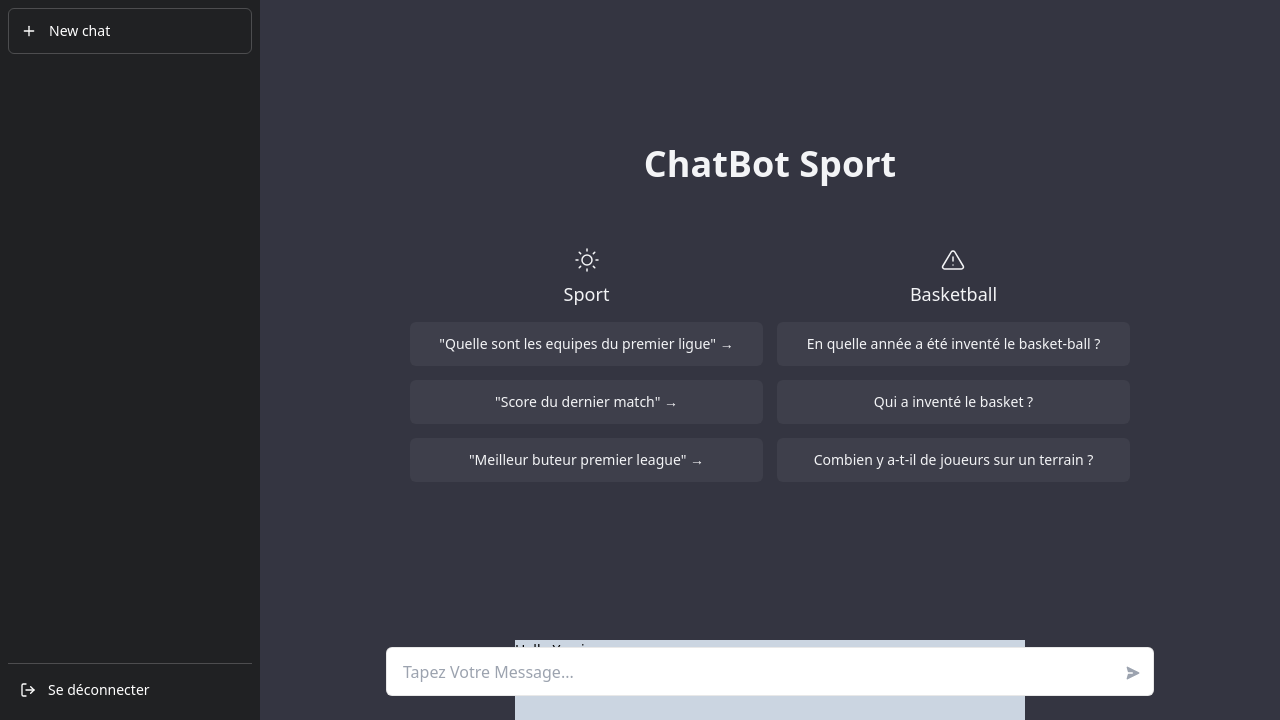
Repository: HaithemBenSlama/chatbot-front
Page: /, after clicking the first element matching `button.sc-gsFSXq`
An editor plug-in stored every save of this project. The page is shown before and after the next save, followed by the edit.
The browser window is 1280 px wide. The pictures show the whole page.
The project was rebuilt for these pictures with package versions that can differ from the ones it lists, and the page was loaded fresh each time. Also part of the build but not shown: src/constants/svg/lightningChargeIcon.js, src/constants/svg/externalLinkIcon.js, src/constants/svg/discordIcon.js, src/constants/svg/menuIcon.js, src/Components/Login/form-input.css.

Above is the page before, as saved 2023-05-01 22:11:35.

### src/App.js
import React from 'react'
import { LeftSection, RightSection } from './Components/main'
import { useState } from "react"
import Login from './Components/Login/Login';

const App = () => {
  const [isLoggedIn, setIsLoggedIn] = useState(false);
  return (
    <div>
      {isLoggedIn ? (
        <>
        <LeftSection setIsLoggedIn={setIsLoggedIn}/>
        <RightSection/>
        </>
      ) : (
        <Login setIsLoggedIn={setIsLoggedIn}/>
      )}
    </div>
  )
      }
export default App

### src/Components/main/index.js
import LeftSection from "./LeftSection";
import RightSection from "./RightSection";
import Footer from "./Footer";

export {RightSection, LeftSection, Footer}

### src/Components/Login/Login.jsx
import React from "react";
import "./login.css";
import * as Components from './Components';
import   { useState } from 'react';
import { useCookies } from "react-cookie";
import FormInput from "./FormInput";

const Login = ({setIsLoggedIn}) => {
    const [token,setToken]=useCookies(["user-token"]);
    const [signIn, toggle] = React.useState(true);
    const [data, setData] = useState();

    const [values, setValues] = useState({
        username: "",
        password: "",
    });
    const onChange = (e) => {
            setValues({ ...values, [e.target.name]: e.target.value });
    };

    const [valuesCreate, setValuesCreate] = useState({
        username: "",
        city: "",
        email: "",
        password: "",
    });
    const onChangeCreate = (e) => {
        setValuesCreate({ ...valuesCreate, [e.target.name]: e.target.value });
    };
    const handleSubmit = (e) => {
        e.preventDefault();
    };

    const inputs = [
        {
        id: 1,
        name: "username",
        type: "text",
        placeholder: "Username",
        errorMessage:
            "Username should be 3-16 characters and shouldn't include any special character!",
        label: "Username",
        pattern: "^[A-Za-z0-9]{3,16}$",
        required: true,
        },
        {
        id: 2,
        name: "password",
        type: "password",
        placeholder: "Password",
        errorMessage:
            "Password should be 8-20 characters and include at least 1 letter and 1 number!",
        label: "Password",
        pattern: `^(?=.*[0-9])(?=.*[a-zA-Z])[a-zA-Z0-9!@#$%^&*]{8,20}$`,
        required: true,
        },
    ];

    const inputsCreate = [
        {
        id: 1,
        name: "username",
        type: "text",
        placeholder: "Username",
        errorMessage:
            "Username should be 3-16 characters and shouldn't include any special character!",
        label: "Username",
        pattern: "^[A-Za-z0-9]{3,16}$",
        required: true,
        },
        {
            id: 2,
            name: "city",
            type: "text",
            placeholder: "City",
            errorMessage:
                "City name should be 3-16 characters and shouldn't include any special character!",
            label: "City",
            pattern: "^[A-Za-z]{3,16}$",
            required: true,
            },
        {
        id: 3,
        name: "email",
        type: "email",
        placeholder: "Email",
        errorMessage: "It should be a valid email address!",
        label: "Email",
        required: true,
        },
        {
        id: 4,
        name: "password",
        type: "password",
        placeholder: "Password",
        errorMessage:
            "Password should be 8-20 characters and include at least 1 letter and 1 number!",
        label: "Password",
        pattern: `^(?=.*[0-9])(?=.*[a-zA-Z])[a-zA-Z0-9!@#$%^&*]{8,20}$`,
        required: true,
        },
    ];

    const submitLog = async (e) => {
        e.preventDefault()
        const user = {
            username: values.username,
            password: values.password
        };
        const response=await fetch('http://127.0.0.1:8000/user/verif_user_login/', {
            method: 'POST',
            headers: {
                'accept': '*/*',
                'Content-Type':'multipart/form-data; boundary=--------------------------499310528544182401120976',
            },
            body:JSON.stringify(user)
        })
        const responseJson=await response.json();
        setToken("user-token",responseJson.usertoken);
    };

    const submitCreate = async (e) => {

        e.preventDefault()
        const user = {
            username: valuesCreate.username,
            city: valuesCreate.city,
            email: valuesCreate.email,
            password: valuesCreate.password
        };
        const response=await fetch('http://127.0.0.1:8000/user/verif_user/', {
            method: 'POST',
            headers: {
                'accept': '*/*',
                'Content-Type':'multipart/form-data; boundary=--------------------------499310528544182401120976',
            },
            body:JSON.stringify(user)
        })
        const responseJson=await response.json();
        setToken("user-token",responseJson.usertoken);
    };


        return(
            <div className="comp_body"><h1 className="logTitle">ChatBot</h1>
                <Components.Container>
                    <Components.SignUpContainer signinIn={signIn}>
                        <Components.Form  onSubmit={handleSubmit} >
                            <Components.Title>Create Account</Components.Title>
                            {inputsCreate.map((input) => (
                                <FormInput
                                    key={input.id}
                                    {...input}
                                    value={valuesCreate[input.name]}
                                    onChange={onChangeCreate}
                                />
                                ))}
                            <Components.Button onClick={submitCreate}>Sign Up</Components.Button>
                        </Components.Form>
                    </Components.SignUpContainer>

                    <Components.SignInContainer signinIn={signIn}>
                        <Components.Form >
                            <Components.Title>Log in</Components.Title>
                            {inputs.map((input) => (
                                <FormInput
                                    key={input.id}
                                    {...input}
                                    value={values[input.name]}
                                    onChange={onChange}
                                />
                                ))}
                            <Components.Anchor href='#'>Forgot your password?</Components.Anchor>
                            <Components.Button onClick={()=>{setIsLoggedIn(true)}} >Sign In</Components.Button>
                        </Components.Form>
                    </Components.SignInContainer>

                    <Components.OverlayContainer signinIn={signIn}>
                    <Components.Overlay signinIn={signIn}>

                    <Components.LeftOverlayPanel signinIn={signIn}>
                        <Components.Title>Welcome Back!</Components.Title>
                        <Components.Paragraph>
                            To keep connected with us please login with your personal info
                        </Components.Paragraph>
                        <Components.GhostButton onClick={() => toggle(true)}>
                            Sign In
                        </Components.GhostButton>
                        </Components.LeftOverlayPanel>

                        <Components.RightOverlayPanel signinIn={signIn}>
                            <Components.Title>Hello, Friend!</Components.Title>
                            <Components.Paragraph>
                                Enter Your personal details and start journey with us
                            </Components.Paragraph>
                                <Components.GhostButton onClick={() => toggle(false)}>
                                    Sigin Up
                                </Components.GhostButton>
                        </Components.RightOverlayPanel>

                    </Components.Overlay>
                </Components.OverlayContainer>

            </Components.Container>
        </div>
        )
}

export default Login;

### src/Components/main/LeftSection/index.js
import React from "react";
import { LogOutIcon,PlusIcon,} from "../../../constants";

const LeftSection = ({ show = false }) => {
  return (
    <div
      className={`${show && " flex flex-col"} ${
        !show && "hidden"
      } bg-black md:fixed md:inset-y-0 md:flex md:w-[260px] md:flex-col`}
    >
      <div className="flex h-full min-h-0 flex-col ">
        <div className="scrollbar-trigger flex h-full w-full flex-1 items-start border-white/20">
          <nav className="flex h-full flex-1 flex-col space-y-1 p-2">
            <a className="flex py-3 px-3 items-center gap-3 rounded-md hover:bg-gray-500/10 transition-colors duration-200 text-white cursor-pointer text-sm mb-2 flex-shrink-0 border border-white/20">
              <PlusIcon />
              New chat
            </a>
            <div className="flex-col flex-1 overflow-y-auto border-b border-white/20">
              <div className="flex flex-col gap-2 text-gray-100 text-sm">
                {/*  */}
              </div>
            </div>
              <a
                className="flex py-3 px-3 items-center gap-3 rounded-md hover:bg-gray-500/10 transition-colors duration-200 text-white cursor-pointer text-sm"
                href="/Login"
              >
                <LogOutIcon/>
                Se déconnecter
              </a>
          </nav>
        </div>
      </div>
    </div>
  );
};

export default LeftSection;

### src/Components/main/RightSection/index.js
import { CautionIcon, LightningChargeIcon, SunIcon } from "../../../constants";
import Footer from "../Footer";

const RightSection = () => {
  return (
    <div className="flex h-full flex-1 flex-col md:pl-[260px]">
      <main className="relative h-full w-full transition-width flex flex-col overflow-hidden items-stretch flex-1">
        <div className="flex-1 overflow-hidden">
          <div className="flex flex-col items-center text-sm h-full md:h-screen bg-lightBlack">
            <div className="text-gray-800 w-full md:max-w-2xl lg:max-w-3xl md:h-full md:flex md:flex-col px-6">
              <h1 className="text-4xl text-gray-100 font-semibold text-center mt-6 sm:mt-[20vh] ml-auto mr-auto mb-10 sm:mb-16">
                ChatBot Sport
              </h1>
              <div className="md:flex items-start text-center gap-3.5">
                {[
                  {
                    icon: <SunIcon />,
                    title: "Sport",
                    subTitle: [
                      `"Quelle sont les equipes du premier ligue" →`,
                      `"Score du dernier match" →`,
                      `"Meilleur buteur premier league" →`,
                    ],
                    hover: true,
                  },
                  {
                    icon: <CautionIcon />,
                    title: "Basketball",
                    subTitle: [
                      `En quelle année a été inventé le basket-ball ?`,
                      `Qui a inventé le basket ?`,
                      `Combien y a-t-il de joueurs sur un terrain ?`,
                    ],
                    hover: false,
                  },
                ].map((item, index) => (
                  <div
                    className="flex flex-col mb-8 md:mb-auto gap-3.5 flex-1"
                    key={index}
                  >
                    <h2 className="flex gap-3 text-gray-100 items-center m-auto text-lg font-normal md:flex-col md:gap-2">
                      {item.icon}
                      {item.title}
                    </h2>
                    <ul className="flex flex-col gap-3.5 w-full sm:max-w-md m-auto">
                      {item.subTitle.map((subTitle, subTitleIndex) => (
                        <button
                          className={`w-full bg-gray-50 text-gray-100 bg-white/5 p-3 rounded-md ${
                            item.hover
                              ? "hover:bg-gray-200 dark:hover:bg-gray-900 cursor-pointer"
                              : "cursor-text"
                          }`}
                          key={subTitleIndex}
                        >
                          {subTitle}
                        </button>
                      ))}
                    </ul>
                  </div>
                ))}
              </div>
            </div>
            <div className="w-1/2 h-20 flex-shrink-0 bg-slate-300 ">
              <p className="">Hello Yassine</p>
            </div>
          </div>
        </div>
        <Footer />
      </main>
    </div>
  );
};

export default RightSection;

### src/Components/main/Footer/index.js
import React from "react";
import { PlaneIcon, UserIcon } from "../../../constants";

const Footer = () => {
  return (
    <div className="absolute bottom-0 left-0 w-full border-t md:border-t-0 dark:border-white/20 md:border-transparent md:dark:border-transparent md:bg-vert-light-gradient bg-gray-800 md:!bg-transparent">
      <form className="mx-2 flex flex-row gap-3 pt-2 last:mb-2 md:last:mb-6 lg:mx-auto lg:max-w-3xl lg:pt-6">
        <div className="relative flex h-full flex-1 md:flex-col">
          <div className="ml-1 mt-1.5 md:w-full md:m-auto md:flex md:mb-2 gap-2 justify-center">
            <div className="text-gray-100 p-1 md:hidden">
              <UserIcon />
            </div>
          </div>
          {/* Input */}
          <div className="flex flex-col w-full py-2 pl-3 flex-grow md:py-3 md:pl-4 relative border border-black/10 bg-white dark:border-gray-900/50 dark:text-white rounded-md bg-[rgba(64,65,79,var(--tw-bg-opacity))]">
            <textarea
              tabIndex="0"
              data-id="root"
              rows="1"
              placeholder="Tapez Votre Message..."
              className="m-0 w-full resize-none border-0 bg-transparent p-0 pr-7 focus:ring-0 focus-visible:ring-0 dark:bg-transparent outline-none overflow-y-hidden h-[23px]"
            ></textarea>
            <button className="absolute p-1 rounded-md text-gray-400 bottom-1.5 right-1 md:bottom-2.5 md:right-2 hover:bg-black">
              <PlaneIcon />
            </button>
          </div>
        </div>
      </form>
    </div>
  );
};

export default Footer;

### src/Components/Login/login.css
* {
    box-sizing: border-box;
}

.comp_body {
    background: #f6f5f7;
    display: flex;
    justify-content: center;
    align-items: center;
    flex-direction: column;
    font-family: "Montserrat", sans-serif;
    height: 100vh;
    margin: -20px 0 50px;
}
.logTitle {
    font-size: 3rem;
    font-weight: 600;
    text-align: center;
    margin-bottom: 2rem;
    color: #038c7a;
    text-shadow: 2px 2px 0px #f2f2f2, -2px -2px 0px #f2f2f2, 2px -2px 0px #f2f2f2, -2px 2px 0px #f2f2f2;
    text-transform: uppercase;
    letter-spacing: 3px;
    line-height: 1;
    position: relative;
}
.logTitle:before{
    content: "";
    width: 100%;
    height: 1px;
    position: absolute;
    bottom: -0.5rem;
    left: 0;
    background-color: #5c5c5c;
}

### src/Components/Login/Components.js
import styled from 'styled-components';

export const Container = styled.div`
background-color: #fff;
border-radius: 10px;
box-shadow: 0 14px 28px rgba(0, 0, 0, 0.25), 0 10px 10px rgba(0, 0, 0, 0.22);
position: relative;
overflow: hidden;
width: 678px;
max-width: 100%;
min-height: 450px;
`;

export const SignUpContainer = styled.div`
position: absolute;
top: 0;
height: 100%;
transition: all 0.6s ease-in-out;
left: 0;
width: 50%;
opacity: 0;
z-index: 1;
${props => props.signinIn !== true ? `
    transform: translateX(100%);
    opacity: 1;
    z-index: 5;
`
: null}
`;


export const SignInContainer = styled.div`
position: absolute;
top: 0;
height: 100%;
transition: all 0.6s ease-in-out;
left: 0;
width: 50%;
z-index: 2;
${props => (props.signinIn !== true ? `transform: translateX(100%);` : null)}
`;

export const Form = styled.div`
background-color: #ffffff;
display: flex;
align-items: center;
justify-content: center;
flex-direction: column;
padding: 0 50px;
height: 100%;
text-align: center;
`;

export const Title = styled.h1`
font-weight: bold;
margin-bottom: 15px;
`;

export const Input = styled.input`
background-color: #eee;
border: none;
padding: 12px 15px;
margin: 8px 0;
width: 100%;
`;


export const Button = styled.button`
    border-radius: 20px;
    border: 1px solid #1775d2;
    background-color: #1775d2;
    color: #ffffff;
    font-size: 12px;
    font-weight: bold;
    padding: 12px 45px;
    letter-spacing: 1px;
    text-transform: uppercase;
    transition: transform 80ms ease-in;
    &:active{
        transform: scale(0.95);
    }
    &:focus {
        outline: none;
    }
`;
export const GhostButton = styled(Button)`
background-color: transparent;
border-color: #ffffff;
`;

export const Anchor = styled.a`
color: #333;
font-size: 14px;
text-decoration: none;
margin: 15px 0;
`;
export const OverlayContainer = styled.div`
position: absolute;
top: 0;
left: 50%;
width: 50%;
height: 100%;
overflow: hidden;
transition: transform 0.6s ease-in-out;
z-index: 100;
${props =>
props.signinIn !== true ? `transform: translateX(-100%);` : null}
`;

export const Overlay = styled.div`
background: #1775d2;
background: -webkit-linear-gradient(to right, #1775d2, #25b579);
background: linear-gradient(to right, #1775d2,#1775d2);
background-repeat: no-repeat;
background-size: cover;
background-position: 0 0;
color: #ffffff;
position: relative;
left: -100%;
height: 100%;
width: 200%;
transform: translateX(0);
transition: transform 0.6s ease-in-out;
${props => (props.signinIn !== true ? `transform: translateX(50%);` : null)}
`;

export const OverlayPanel = styled.div`
    position: absolute;
    display: flex;
    align-items: center;
    justify-content: center;
    flex-direction: column;
    padding: 0 40px;
    text-align: center;
    top: 0;
    height: 100%;
    width: 50%;
    transform: translateX(0);
    transition: transform 0.6s ease-in-out;
`;

export const LeftOverlayPanel = styled(OverlayPanel)`
transform: translateX(-20%);
${props => props.signinIn !== true ? `transform: translateX(0);` : null}
`;

export const RightOverlayPanel = styled(OverlayPanel)`
    right: 0;
    transform: translateX(0);
    ${props => props.signinIn !== true ? `transform: translateX(20%);` : null}
`;

export const Paragraph = styled.p`
font-size: 14px;
font-weight: 100;
line-height: 20px;
letter-spacing: 0.5px;
margin: 20px 0 30px
`;

### src/Components/Login/FormInput.jsx
import { useState } from "react";
import "./form-input.css";

const FormInput = (props) => {
const [focused, setFocused] = useState(false);
const { label, errorMessage, onChange, id, ...inputProps } = props;

const handleFocus = (e) => {
    setFocused(true);
};

return (
    <div className="formInput">
    <input className="inputAuth"
        {...inputProps}
        onChange={onChange}
        onBlur={handleFocus}
        onFocus={() =>
        inputProps.name === "confirmPassword" && setFocused(true)
        }
        focused={focused.toString()}
    />
    <span className="spanAuth">{errorMessage}</span>
    </div>
);
};

export default FormInput;

### src/constants/index.js
import SunIcon from "./svg/sunIcon";
import LightningChargeIcon from "./svg/lightningChargeIcon";
import CautionIcon from "./svg/cautionIcon";
import PlaneIcon from "./svg/planeIcon";
import PlusIcon from "./svg/plusIcon";
import ExternalLinkIcon from "./svg/externalLinkIcon";
import DiscordIcon from "./svg/discordIcon";
import LogOutIcon from "./svg/logOutIcon";
import MenuIcon from "./svg/menuIcon";
import UserIcon from "./svg/userIcon";

export {
  SunIcon,
  LightningChargeIcon,
  CautionIcon,
  PlaneIcon,
  PlusIcon,
  DiscordIcon,
  ExternalLinkIcon,
  LogOutIcon,
  MenuIcon,
  UserIcon,
};

### src/constants/svg/sunIcon.js
import React from "react";

const SunIcon = ({ className = "h-6 w-6", strokeWidth = "1.5" }) => {
  return (
    <svg
      stroke="currentColor"
      fill="none"
      strokeWidth={strokeWidth}
      viewBox="0 0 24 24"
      strokeLinecap="round"
      strokeLinejoin="round"
      className={className}
      height="1em"
      width="1em"
      xmlns="http://www.w3.org/2000/svg"
    >
      <circle cx="12" cy="12" r="5"></circle>
      <line x1="12" y1="1" x2="12" y2="3"></line>
      <line x1="12" y1="21" x2="12" y2="23"></line>
      <line x1="4.22" y1="4.22" x2="5.64" y2="5.64"></line>
      <line x1="18.36" y1="18.36" x2="19.78" y2="19.78"></line>
      <line x1="1" y1="12" x2="3" y2="12"></line>
      <line x1="21" y1="12" x2="23" y2="12"></line>
      <line x1="4.22" y1="19.78" x2="5.64" y2="18.36"></line>
      <line x1="18.36" y1="5.64" x2="19.78" y2="4.22"></line>
    </svg>
  );
};

export default SunIcon;

### src/constants/svg/cautionIcon.js
import React from "react";

const CautionIcon = () => {
  return (
    <svg
      stroke="currentColor"
      fill="none"
      strokeWidth="1.5"
      viewBox="0 0 24 24"
      strokeLinecap="round"
      strokeLinejoin="round"
      className="h-6 w-6"
      height="1em"
      width="1em"
      xmlns="http://www.w3.org/2000/svg"
    >
      <path d="M10.29 3.86L1.82 18a2 2 0 0 0 1.71 3h16.94a2 2 0 0 0 1.71-3L13.71 3.86a2 2 0 0 0-3.42 0z"></path>
      <line x1="12" y1="9" x2="12" y2="13"></line>
      <line x1="12" y1="17" x2="12.01" y2="17"></line>
    </svg>
  );
};

export default CautionIcon;

### src/constants/svg/planeIcon.js
import React from "react";

const PlaneIcon = () => {
  return (
    <svg
      stroke="currentColor"
      fill="currentColor"
      strokeWidth="0"
      viewBox="0 0 20 20"
      className="h-4 w-4 rotate-90"
      height="1em"
      width="1em"
      xmlns="http://www.w3.org/2000/svg"
    >
      <path d="M10.894 2.553a1 1 0 00-1.788 0l-7 14a1 1 0 001.169 1.409l5-1.429A1 1 0 009 15.571V11a1 1 0 112 0v4.571a1 1 0 00.725.962l5 1.428a1 1 0 001.17-1.408l-7-14z"></path>
    </svg>
  );
};

export default PlaneIcon;

### src/constants/svg/plusIcon.js
import React from "react";

const PlusIcon = ({ className = "h-4 w-4" }) => {
  return (
    <svg
      stroke="currentColor"
      fill="none"
      strokeWidth="2"
      viewBox="0 0 24 24"
      strokeLinecap="round"
      strokeLinejoin="round"
      className={className}
      height="1em"
      width="1em"
      xmlns="http://www.w3.org/2000/svg"
    >
      <line x1="12" y1="5" x2="12" y2="19"></line>
      <line x1="5" y1="12" x2="19" y2="12"></line>
    </svg>
  );
};

export default PlusIcon;

### src/constants/svg/logOutIcon.js
import React from "react";

const LogOutIcon = () => {
  return (
    <svg
      stroke="currentColor"
      fill="none"
      strokeWidth="2"
      viewBox="0 0 24 24"
      strokeLinecap="round"
      strokeLinejoin="round"
      className="h-4 w-4"
      height="1em"
      width="1em"
      xmlns="http://www.w3.org/2000/svg"
    >
      <path d="M9 21H5a2 2 0 0 1-2-2V5a2 2 0 0 1 2-2h4"></path>
      <polyline points="16 17 21 12 16 7"></polyline>
      <line x1="21" y1="12" x2="9" y2="12"></line>
    </svg>
  );
};

export default LogOutIcon;

### src/constants/svg/userIcon.js
import React from "react";

const UserIcon = () => {
  return (
    <svg
      xmlns="http://www.w3.org/2000/svg"
      fill="none"
      viewBox="0 0 24 24"
      strokeWidth={1.5}
      stroke="currentColor"
      className="w-6 h-6"
    >
      <path
        strokeLinecap="round"
        strokeLinejoin="round"
        d="M15.75 6a3.75 3.75 0 11-7.5 0 3.75 3.75 0 017.5 0zM4.501 20.118a7.5 7.5 0 0114.998 0A17.933 17.933 0 0112 21.75c-2.676 0-5.216-.584-7.499-1.632z"
      />
    </svg>
  );
};

export default UserIcon;

### tailwind.config.js
/** @type {import('tailwindcss').Config} */
module.exports = {
  content: ["./src/**/*.{js,jsx,ts,tsx}"],
  theme: {
    extend: {
      colors: {
        black: "#202123",
        lightBlack: "#343541",
      },
    },
  },
  plugins: [],
};

Loaded but not shown: public/index.html (common file); src/index.js (common file); src/index.css (common file)

After the next save:
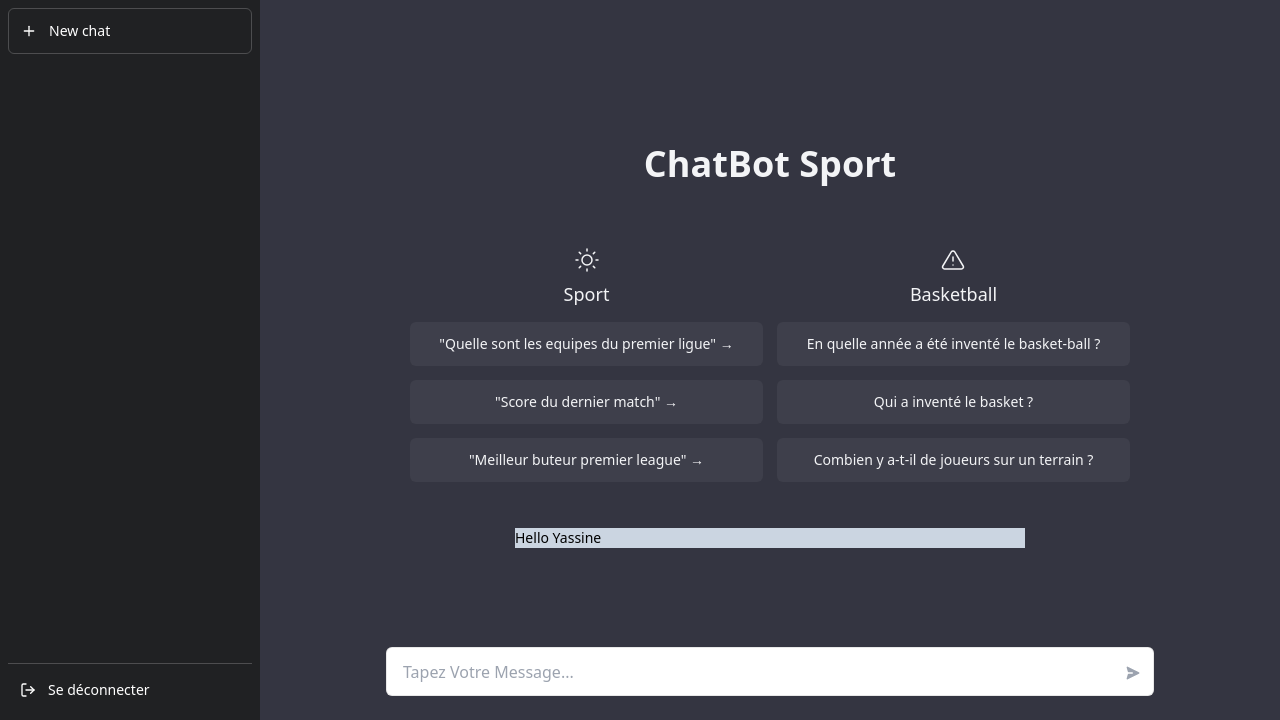
Saved 22 s later.
--- a/src/Components/main/RightSection/index.js
+++ b/src/Components/main/RightSection/index.js
@@ -60,8 +60,8 @@ const RightSection = () => {
                 ))}
               </div>
             </div>
-            <div className="w-1/2 h-20 flex-shrink-0 bg-slate-300 ">
-              <p className="">Hello Yassine</p>
+            <div className="w-1/2 h-48 flex-shrink-0">
+              <h3 className="bg-slate-300">Hello Yassine</h3>
             </div>
           </div>
         </div>
